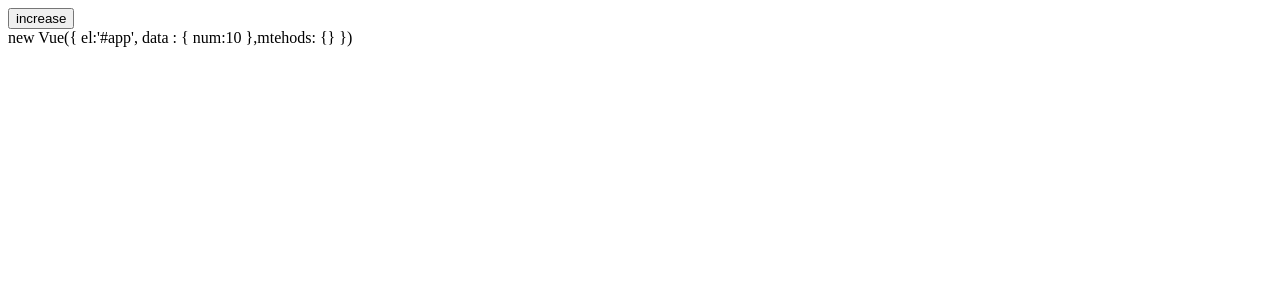
Repository: jy0813/VueStudy01
Page: playground/watch.html
These files come from the project's save history. The page is drawn as it stood at one moment and after the next save; the edit follows.
The browser window is 1280 px wide. The pictures show the whole page.

Above is the page before, as saved 2022-04-04 09:02:02.

After the next save:
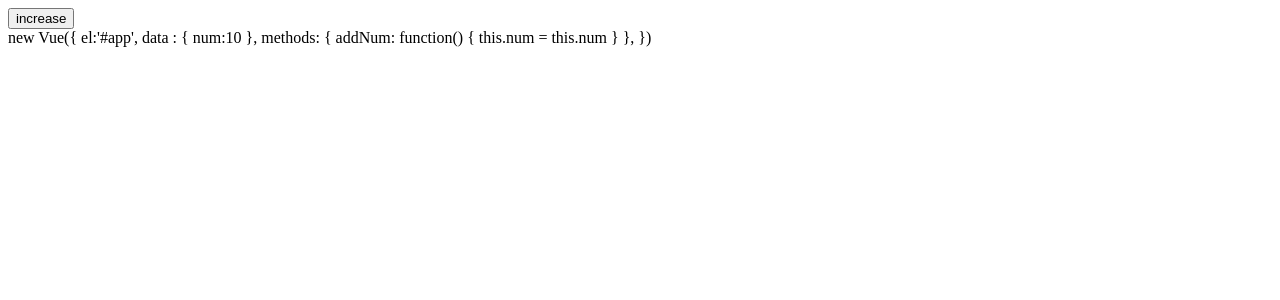
Saved 4 min 17 s later.
--- a/playground/watch.html
+++ b/playground/watch.html
@@ -13,6 +13,7 @@
 
     <script src="https://cdn.jsdelivr.net/npm/vue/dist/vue.js"></script>
 
-    new Vue({ el:'#app', data : { num:10 },mtehods: {} })
+    new Vue({ el:'#app', data : { num:10 }, methods: { addNum: function() {
+    this.num = this.num } }, })
   </body>
 </html>
